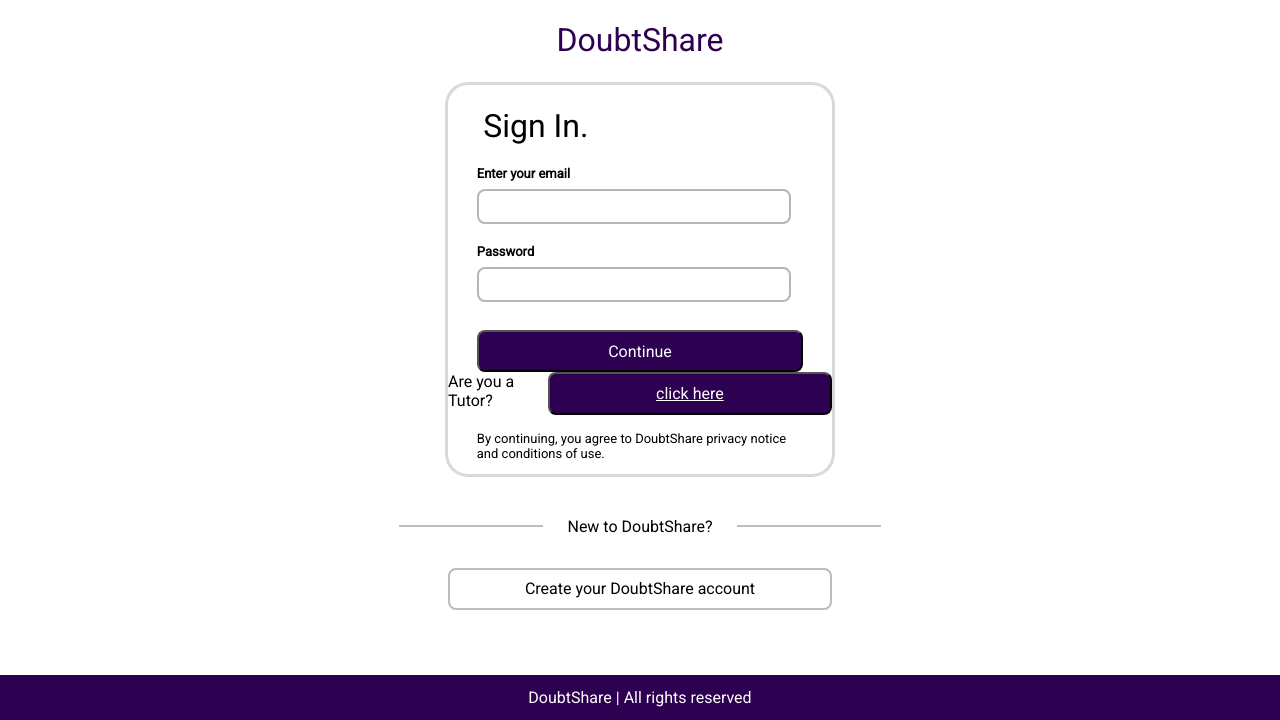
Repository: drumsmanku/doubtshare
Page: /login/student (app in frontend/)
These files come from the project's save history. The page is drawn as it stood at one moment and after the next save; the edit follows.
The browser window is 1280 px wide. The pictures show the whole page.
The project was rebuilt for these pictures with package versions that can differ from the ones it lists, and the page was loaded fresh each time. Also part of the build but not shown: frontend/src/App.css, frontend/src/Components/Register/Register.js, frontend/src/Components/Dashboard/Dashboard.js, frontend/src/Components/LoginTutor/LoginTutor.js, frontend/src/Components/RegisterTutor/RegisterTutor.js.

Above is the page before, as saved 2023-12-30 11:57:41.

### frontend/src/App.js
import './App.css';
import { BrowserRouter as Router, Route, Routes} from 'react-router-dom';
import Register from './Components/Register/Register';
import Dashboard from './Components/Dashboard/Dashboard';
import Login from './Components/Login/Login';
import LoginTutor from './Components/LoginTutor/LoginTutor';
import RegisterTutor from './Components/RegisterTutor/RegisterTutor';

function App() {
  return (
    <div className="App">
      <Router>
        <Routes>
          <Route path='/' element={<Dashboard/>}/>
          <Route path='/register/student' element={<Register/>}/>
          <Route path='/login/student' element={<Login/>}/>
          <Route path='/login/tutor' element={<LoginTutor/>}/>
          <Route path='/register/tutor' element={<LoginTutor/>}/>
        </Routes>
      </Router>
    </div>
  );
}

export default App;

### frontend/src/Components/Login/Login.js
import React, { useState } from 'react';
import { useNavigate } from 'react-router-dom';
import axios from 'axios';
import styles from './Login.module.css';

const DivStyles={
  display: 'flex',
  flexDirection: 'column',
  marginBottom: '1.2rem',
  alignItems: 'flex-start',
  width: '85%',
}
const InputStyles={
  width: '90%',
  padding:'0.5rem 0.5rem 0.5rem 0.5rem',
  borderRadius: '8px',
  border:'2px solid #B6B6B6',
  marginTop: '0.5rem',
}

function Login() {
  const navigate = useNavigate();
  const [error, setError]=useState('');
  const [user, setUser] = useState({
    email: '',
    password: '',
  });

  const handleChange = e => {
    setUser({
      ...user,
      [e.target.name]: e.target.value
    });
  };
  const login = (event) => {
    event.preventDefault();
    axios.post('http://localhost:4000/login/student', user)
      .then(res => {
        localStorage.setItem('token', res.data.token);
        localStorage.setItem('user', res.data.name);
        const tokenData=localStorage.getItem('token')
        if(tokenData!=='undefined') {
          navigate('/')
        }
        else{
         setError('Invalid credentials');
        }


      })
      .catch(err => console.log(err));
  };
  return (
    <div className={styles.container}>
      <div className={styles.heading}>
        <h1 style={{fontWeight:'500'}}>DoubtShare</h1>
      </div>
      <h1 className={styles.welcomeText} >Welcome</h1>
      <div className={styles.mainBody}>
        <form className={styles.form}>

          <div className={styles.inputContainer}>
            <h1 className={styles.signInText}>Sign In. <span className={styles.alreadyCustomer}>Already a customer?</span></h1>


            <div style={DivStyles}>
              <label htmlFor="email" style={{fontWeight:600, fontSize:'small'}}>Enter your email </label>
              <input type="text" name="email" value={user.email} onChange={handleChange} style={InputStyles}/>
            </div>


            <div style={DivStyles}>
              <label htmlFor="password" style={{fontWeight:600, fontSize:'small'}}>Password</label>
              <input type="password" name="password" value={user.password} onChange={handleChange} style={InputStyles} />
            </div>
            <span style={{color:'red', fontSize:'small', marginBottom:'0.6rem'}}>
              {error}
            </span>

          </div>

          <div style={{width:'100%', display:'flex', justifyContent:'center'}}>
            <button className={styles.buttonStyles} type="submit" style={{ cursor:'pointer'}} onClick={login}>Continue</button>
          </div>

          <div style={{width:'100%', display:'flex', justifyContent:'center'}}>
            Are you a Tutor?
            <button className={styles.buttonStyles} type="submit" style={{ cursor:'pointer'}} onClick={()=>{navigate('/login/tutor')}}> <u>click here</u> </button>
          </div>


          <div style={{width:'100%', display:'flex', justifyContent:'center', marginTop:'1rem'}}>
            <p style={{width:'85%', textAlign:'left',fontSize:'small',  marginTop:0}}>By continuing, you agree to DoubtShare privacy notice and conditions of use.
            </p>
          </div>

        </form>
        <div style={{display:'flex', marginTop:'2.5rem'}}>
          <hr className={styles.wideLine} />
          <span className={styles.newToMusic} >New to DoubtShare?</span>
          <hr className={styles.wideLine} />
        </div>

        <button className={styles.notLoggedInButton}  onClick={()=>{navigate('/register/student')}}>Create your DoubtShare account</button>
      </div>


      <footer style={{ backgroundColor:'#2E0052', width:'100%', padding:'0.8rem 0 0.8rem 0', color:'white', textAlign:'center'}}>
          DoubtShare | All rights reserved
      </footer>
    </div>
  )
}

export default Login

### frontend/src/Components/Register/Register.module.css
@import url('https://fonts.googleapis.com/css2?family=DM+Sans&family=Roboto&display=swap');

body{
  font-family: 'Roboto';
}

.container{
  height: 100vh;
  width: 100%;
  display: flex;
  flex-direction: column;

  align-items: center;
  justify-content: space-between;
}

.form{
  display: flex;
  flex-direction: column;
  border: 3px solid #D9D9D9;
  border-radius: 23.2px;
  width: 30%;

}
.inputContainer{
  display: flex;
  align-items: center;
  flex-direction: column;
}

.buttonStyles{
  width: 85%;
  background-color: #2E0052;
  border-radius: 8px;
  color: white;
  padding: 0.6rem 0 0.6rem 0;
  font-family: 'Roboto';
  font-weight: 500;
  font-size: medium;
}

.welcomeText{
  display: none;
}

.heading{
  display: flex;
  align-items: center;
  font-family: 'Roboto';
  color: #2E0052;
  font-weight: 500;
}
@media (max-width: 768px){
  .heading{
    background-color: #2E0052;
    width: 100%;
    height: 8%;
    display: flex;
    padding-left: 2rem;
    align-items: center;
    color: white;
    font-size: small;
    font-weight: 400;
  }
  .form{
    width: 80%;
  }
  .notLoggedInButton{
    width: 80%;
  }
  .wideLine{
    width: 5rem;
  }
  .newToMusic{
    margin:0 1.5rem 0 1rem;
  }
  hr {
    width: 4rem;
  }
  .welcomeText {
    display: block;
    font-weight: 500;
    width: 80%;
    text-align: start;
  }
  .inputContainer>h1{
    font-size: medium;
    font-weight: 500;
    padding-left: 1.5rem;
  }
  .alreadyCustomer{
    font-weight: 400;
    display: inline-block;
  }
  footer{
    margin-top: 1rem;
  }
}

### frontend/src/Components/Login/Login.module.css
@import url('https://fonts.googleapis.com/css2?family=DM+Sans&family=Roboto&display=swap');

body{
  font-family: 'Roboto';
}

.container{
  height: 100vh;
  width: 100%;
  display: flex;
  flex-direction: column;
  justify-content: space-between;
  align-items: center;
}

.form{
  display: flex;
  flex-direction: column;
  border: 3px solid #D9D9D9;
  border-radius: 23.2px;
  width: 30%;

}
.inputContainer{
  display: flex;
  align-items: center;
  flex-direction: column;
}

.buttonStyles{
  width: 85%;
  background-color: #2E0052;
  border-radius: 8px;
  color: white;
  padding: 0.6rem 0 0.6rem 0;
  font-family: 'Roboto';
  font-weight: 500;
  font-size: medium;
}
.notLoggedInButton{
  width: 30%;
  background:none;
  border: 2px solid #BDBDBD;
  border-radius: 8px;
  color: black;
  padding: 0.6rem 0 0.6rem 0;
  font-family: 'Roboto';
  font-weight: 500;
  font-size: medium;
  margin-top: 2rem;
  cursor: pointer;
}
.heading{
  display: flex;
  align-items: center;
  font-family: 'Roboto';
  color: #2E0052;
  font-weight: 500;
}
.newToMusic{
  margin:0 1.5rem 0 1.5rem;
}
.wideLine {
  height: 2px;
  width: 9rem;
  background-color: #BDBDBD;
  border: none;
}

.welcomeText{
  display: none;
}
.signInText{
  align-self: flex-start;
  padding-left: 2.2rem;
  font-weight: 500;
}
.alreadyCustomer{

  display: none;
}

.mainBody{
  width: 100%;
  display: flex;
  flex-direction: column;
  align-items: center;
  margin-bottom: 4rem;
}

@media (max-width: 768px){
  .heading{
    background-color: #2E0052;
    width: 100%;
    height: 8%;
    display: flex;
    padding-left: 2rem;
    align-items: center;
    color: white;
    font-size: small;
    font-weight: 400;
  }
  .form{
    width: 80%;
  }
  .notLoggedInButton{
    width: 80%;
  }
  .wideLine{
    width: 5rem;
  }
  .newToMusic{
    margin:0 1.5rem 0 1rem;
  }
  .wideLine{
    width: 4rem;
  }
  .welcomeText {
    display: block;
    font-weight: 500;
    width: 80%;
    text-align: start;
  }
  .inputContainer>h1{
    font-size: medium;
    font-weight: 500;
    padding-left: 1.5rem;
  }
  .alreadyCustomer{
    font-weight: 400;
    display: inline-block;
  }
}

### frontend/src/Components/LoginTutor/LoginTutor.module.css
@import url('https://fonts.googleapis.com/css2?family=DM+Sans&family=Roboto&display=swap');

body{
  font-family: 'Roboto';
}

.container{
  height: 100vh;
  width: 100%;
  display: flex;
  flex-direction: column;
  justify-content: space-between;
  align-items: center;
}

.form{
  display: flex;
  flex-direction: column;
  border: 3px solid #D9D9D9;
  border-radius: 23.2px;
  width: 30%;

}
.inputContainer{
  display: flex;
  align-items: center;
  flex-direction: column;
}

.buttonStyles{
  width: 85%;
  background-color: #2E0052;
  border-radius: 8px;
  color: white;
  padding: 0.6rem 0 0.6rem 0;
  font-family: 'Roboto';
  font-weight: 500;
  font-size: medium;
}
.notLoggedInButton{
  width: 30%;
  background:none;
  border: 2px solid #BDBDBD;
  border-radius: 8px;
  color: black;
  padding: 0.6rem 0 0.6rem 0;
  font-family: 'Roboto';
  font-weight: 500;
  font-size: medium;
  margin-top: 2rem;
  cursor: pointer;
}
.heading{
  display: flex;
  align-items: center;
  font-family: 'Roboto';
  color: #2E0052;
  font-weight: 500;
}
.newToMusic{
  margin:0 1.5rem 0 1.5rem;
}
.wideLine {
  height: 2px;
  width: 9rem;
  background-color: #BDBDBD;
  border: none;
}

.welcomeText{
  display: none;
}
.signInText{
  align-self: flex-start;
  padding-left: 2.2rem;
  font-weight: 500;
}
.alreadyCustomer{

  display: none;
}

.mainBody{
  width: 100%;
  display: flex;
  flex-direction: column;
  align-items: center;
  margin-bottom: 4rem;
}

@media (max-width: 768px){
  .heading{
    background-color: #2E0052;
    width: 100%;
    height: 8%;
    display: flex;
    padding-left: 2rem;
    align-items: center;
    color: white;
    font-size: small;
    font-weight: 400;
  }
  .form{
    width: 80%;
  }
  .notLoggedInButton{
    width: 80%;
  }
  .wideLine{
    width: 5rem;
  }
  .newToMusic{
    margin:0 1.5rem 0 1rem;
  }
  .wideLine{
    width: 4rem;
  }
  .welcomeText {
    display: block;
    font-weight: 500;
    width: 80%;
    text-align: start;
  }
  .inputContainer>h1{
    font-size: medium;
    font-weight: 500;
    padding-left: 1.5rem;
  }
  .alreadyCustomer{
    font-weight: 400;
    display: inline-block;
  }
}

### frontend/src/Components/RegisterTutor/RegisterTutor.module.css
@import url('https://fonts.googleapis.com/css2?family=DM+Sans&family=Roboto&display=swap');

body{
  font-family: 'Roboto';
}

.container{
  height: 100vh;
  width: 100%;
  display: flex;
  flex-direction: column;

  align-items: center;
  justify-content: space-between;
}

.form{
  display: flex;
  flex-direction: column;
  border: 3px solid #D9D9D9;
  border-radius: 23.2px;
  width: 30%;

}
.inputContainer{
  display: flex;
  align-items: center;
  flex-direction: column;
}

.buttonStyles{
  width: 85%;
  background-color: #2E0052;
  border-radius: 8px;
  color: white;
  padding: 0.6rem 0 0.6rem 0;
  font-family: 'Roboto';
  font-weight: 500;
  font-size: medium;
}

.welcomeText{
  display: none;
}

.heading{
  display: flex;
  align-items: center;
  font-family: 'Roboto';
  color: #2E0052;
  font-weight: 500;
}
@media (max-width: 768px){
  .heading{
    background-color: #2E0052;
    width: 100%;
    height: 8%;
    display: flex;
    padding-left: 2rem;
    align-items: center;
    color: white;
    font-size: small;
    font-weight: 400;
  }
  .form{
    width: 80%;
  }
  .notLoggedInButton{
    width: 80%;
  }
  .wideLine{
    width: 5rem;
  }
  .newToMusic{
    margin:0 1.5rem 0 1rem;
  }
  hr {
    width: 4rem;
  }
  .welcomeText {
    display: block;
    font-weight: 500;
    width: 80%;
    text-align: start;
  }
  .inputContainer>h1{
    font-size: medium;
    font-weight: 500;
    padding-left: 1.5rem;
  }
  .alreadyCustomer{
    font-weight: 400;
    display: inline-block;
  }
  footer{
    margin-top: 1rem;
  }
}

Loaded but not shown: frontend/public/index.html (common file); frontend/src/index.js (common file); frontend/src/index.css (common file)

After the next save:
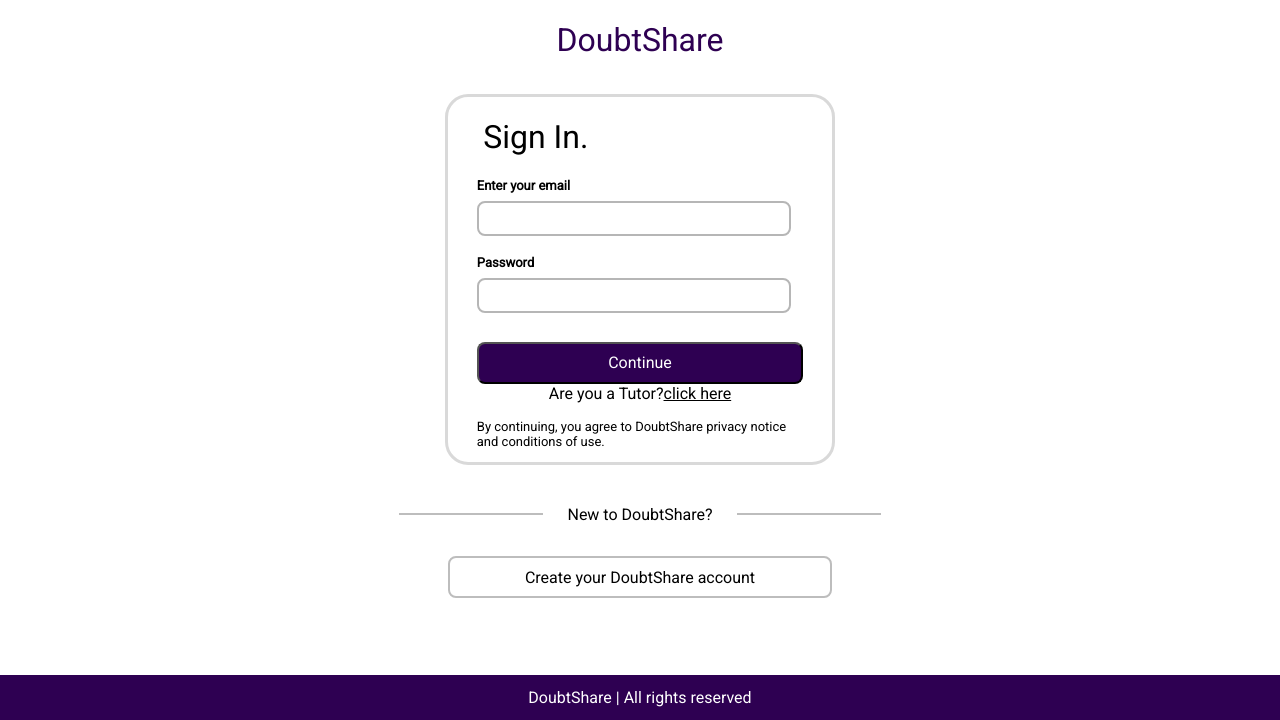
Saved 56 s later.
--- a/frontend/src/Components/Login/Login.js
+++ b/frontend/src/Components/Login/Login.js
@@ -85,7 +85,7 @@ function Login() {
 
           <div style={{width:'100%', display:'flex', justifyContent:'center'}}>
             Are you a Tutor?
-            <button className={styles.buttonStyles} type="submit" style={{ cursor:'pointer'}} onClick={()=>{navigate('/login/tutor')}}> <u>click here</u> </button>
+             <u style={{ cursor:'pointer'}} onClick={()=>{navigate('/login/tutor')}}>click here</u>
           </div>
 
 
